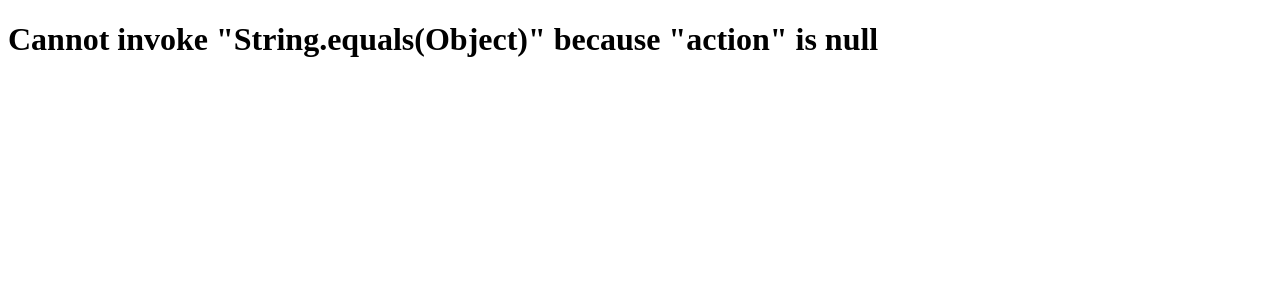
Repository: kirushanshan/SGIC-JAVA
Page: http://localhost/Student/studentManage
The author's editor kept a copy of each file at every save. The page is drawn from the files as they stood at one save, then again after the next save.
The browser window is 1280 px wide. The pictures show the whole page.
The page is served by Tomcat 9. Other server files are loaded and not shown.

Above is the page before, as saved 2022-09-22 04:09:44.

### h/Student/src/main/webapp/error.jsp
	<%@ page language="java" contentType="text/html; charset=ISO-8859-1"
    pageEncoding="ISO-8859-1"%>
<!DOCTYPE html>
<html>
<head>
<meta charset="ISO-8859-1">
<title>Insert title here</title>
</head>

<body>
<% String msg = (String) request.getAttribute("ERROR"); %>
<h1><%=msg %></h1>
</body>

</html>

### h/Student/src/main/java/StudentManage.java

import java.io.IOException;
import java.util.List;

import javax.servlet.ServletException;
import javax.servlet.annotation.WebServlet;
import javax.servlet.http.HttpServlet;
import javax.servlet.http.HttpServletRequest;
import javax.servlet.http.HttpServletResponse;

/**
 * Servlet implementation class StudentManage
 */
@WebServlet("/studentManage")
public class StudentManage extends HttpServlet {
	private static final long serialVersionUID = 1L;

	/**
	 * @see HttpServlet#HttpServlet()
	 */
	public StudentManage() {
		super();
		// TODO Auto-generated constructor stub
	}

	/**
	 * @see HttpServlet#doGet(HttpServletRequest request, HttpServletResponse
	 *      response)
	 */
	/**
	 *
	 */
	protected void doGet(HttpServletRequest request, HttpServletResponse response)
			throws ServletException, IOException {
		// TODO Auto-generated method stub
		response.getWriter().append("Served at: ").append(request.getContextPath());
		String action = request.getParameter("action");
		RegisterDao getDetails = new RegisterDao();
		try {
			if (action.equals("students")) {
				List<Student> students = getDetails.getStudents();
				String msg = "no students details";

				if (students.size() > 0) {
					msg = students.size() + (students.size() > 1 ? "records" : "record");
				}
				request.setAttribute("MSG", msg);
				request.setAttribute("students", students);
				request.getRequestDispatcher("view_student_details.jsp").forward(request, response);
			}
		} catch (Exception exception) {
			request.setAttribute("ERROR",exception.getMessage());
			request.getRequestDispatcher("error.jsp").forward(request, response);

		}
	}

	/**
	 * @see HttpServlet#doPost(HttpServletRequest request, HttpServletResponse
	 *      response)
	 */
	protected void doPost(HttpServletRequest request, HttpServletResponse response)
			throws ServletException, IOException {
		// TODO Auto-generated method stub
		doGet(request, response);
	}

}

### h/Student/src/main/java/RegisterDao.java

import java.sql.Connection;
import java.sql.DriverManager;
import java.sql.PreparedStatement;
import java.sql.ResultSet;
import java.sql.SQLException;
import java.sql.Statement;
import java.util.ArrayList;
import java.util.List;

public class RegisterDao {
	private String dbUrl = "jdbc:mysql://localhost:3306/student";
	private String dbUname = "root";
	private String dbPassword = "";
	private String dbDriver = "com.mysql.cj.jdbc.Driver";

	public void loadDriver(String dbDriver) {
		try {
			Class.forName(dbDriver);
		} catch (ClassNotFoundException e) {
			// TODO Auto-generated catch block
			e.printStackTrace();
		}
	}

	public Connection getConnection() {
		Connection con = null;
		try {
			con = DriverManager.getConnection(dbUrl, dbUname, dbPassword);
		} catch (SQLException e) {
			// TODO Auto-generated catch block
			e.printStackTrace();
		}
		return con;
	}

	public String insert(Student student) {
		loadDriver(dbDriver);
		Connection con = getConnection();
		String sql = "INSERT INTO `student_details` (`student_id`, `name`, `age`, `address`, `grade`) VALUES (NULL, ?, ?, ?, ?);";
		String result = "data enterd successfully";
		PreparedStatement psta;
		System.out.print(student);
		try {
			psta = con.prepareStatement(sql);

			psta.setString(1, student.getName());
			psta.setInt(2, student.getAge());
			psta.setString(3, student.getAddress());
			psta.setInt(4, student.getGrade());
			psta.executeUpdate();
		} catch (SQLException e) {
			// TODO Auto-generated catch block
			e.printStackTrace();
			result = "Data not enterd";

		}
		return result;
	}

	public List getStudents() {
		List<Student> students = new ArrayList<>();
		loadDriver(dbDriver);
		Connection con = getConnection();

		String sql = "SELECT * FROM `student_details`;";
		String result = "data enterd successfully";

		try {
			Statement stmt = con.createStatement();
			ResultSet rs = stmt.executeQuery(sql);

			while (rs.next()) {
				Student student = new Student();

				student.setId(rs.getInt(1));
				student.setName(rs.getString(2));
				student.setAge(rs.getInt(3));
				student.setGrade(rs.getInt(4));

				students.add(student);
			}

		} catch (Exception exception) {

		}
		return students;
	}

}

After the next save:
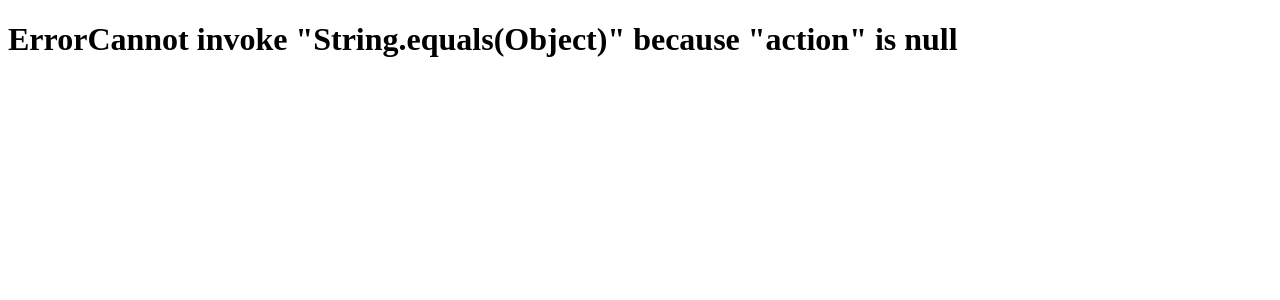
Saved 25 s later.
--- a/h/Student/src/main/java/StudentManage.java
+++ b/h/Student/src/main/java/StudentManage.java
@@ -49,7 +49,7 @@ public class StudentManage extends HttpServlet {
 				request.getRequestDispatcher("view_student_details.jsp").forward(request, response);
 			}
 		} catch (Exception exception) {
-			request.setAttribute("ERROR",exception.getMessage());
+			request.setAttribute("ERROR","Error" + exception.getMessage());
 			request.getRequestDispatcher("error.jsp").forward(request, response);
 
 		}
